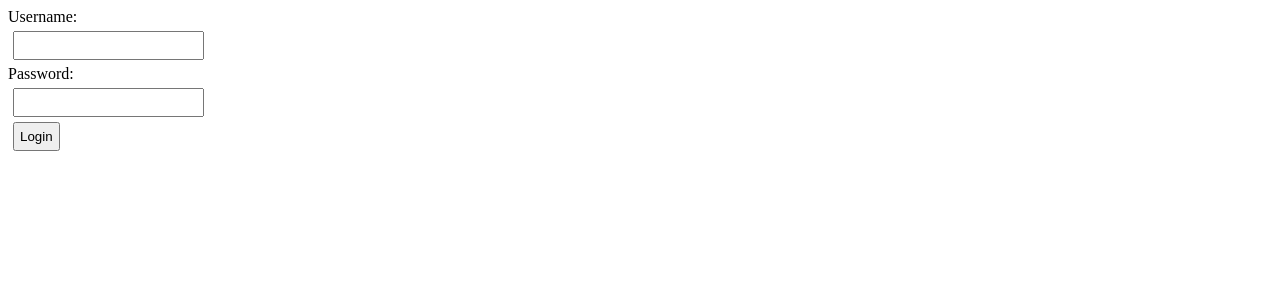
Repository: ajinzrathod/jsp-login
Page: http://localhost/login/
These files come from the project's save history. The page is drawn as it stood at one moment and after the next save; the edit follows.
The browser window is 1280 px wide. The pictures show the whole page.
The page is served by Tomcat 10.

Above is the page before, as saved 2021-05-28 06:16:08.

After the next save:
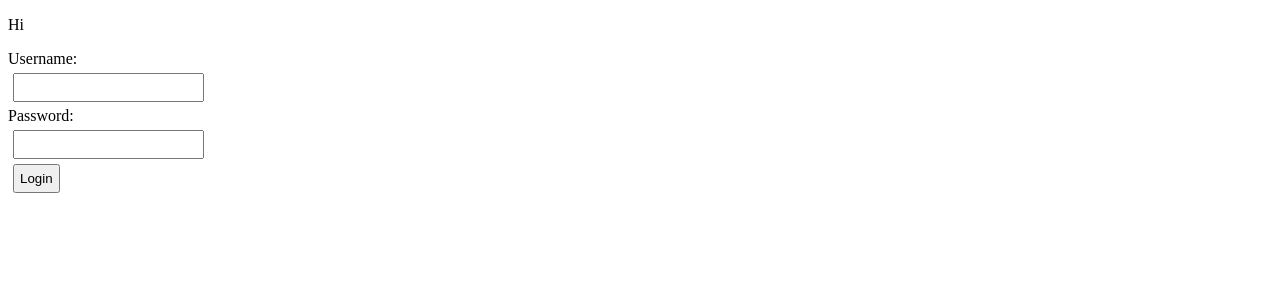
Saved 29 s later.
--- a/login/src/main/webapp/index.jsp
+++ b/login/src/main/webapp/index.jsp
@@ -22,6 +22,8 @@
 		<% } else { %>
 			<p>Can login value 2 : ${can_login}</p>
 		<% } %>
+	<% } else { %>
+	<p>Hi</p>
 	<% } %>
 
 	<c:choose>
